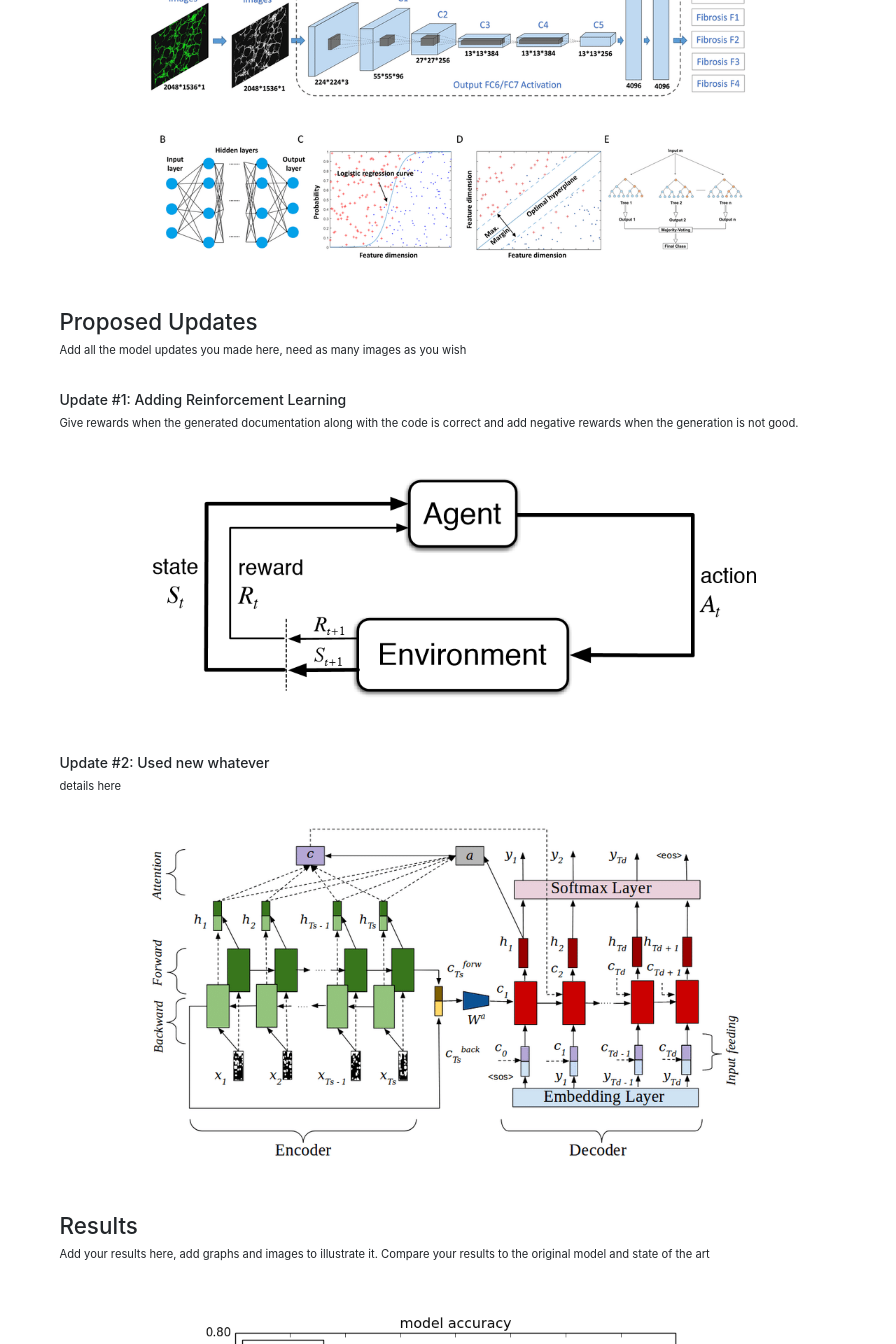
Repository: Shaalan-omar/ConcodePlus
Page: team-specific/index.html
The author's editor kept a copy of each file at every save. The page is drawn from the files as they stood at one save, then again after the next save.
The browser window is 1280 px wide. The pictures show the part of the page from y = 4580 to 6500 px (the page is 7710 px tall before and 7055 px after), at 70% of full size.

Above is the page before, as saved 2023-05-12 03:54:55.

After the next save:
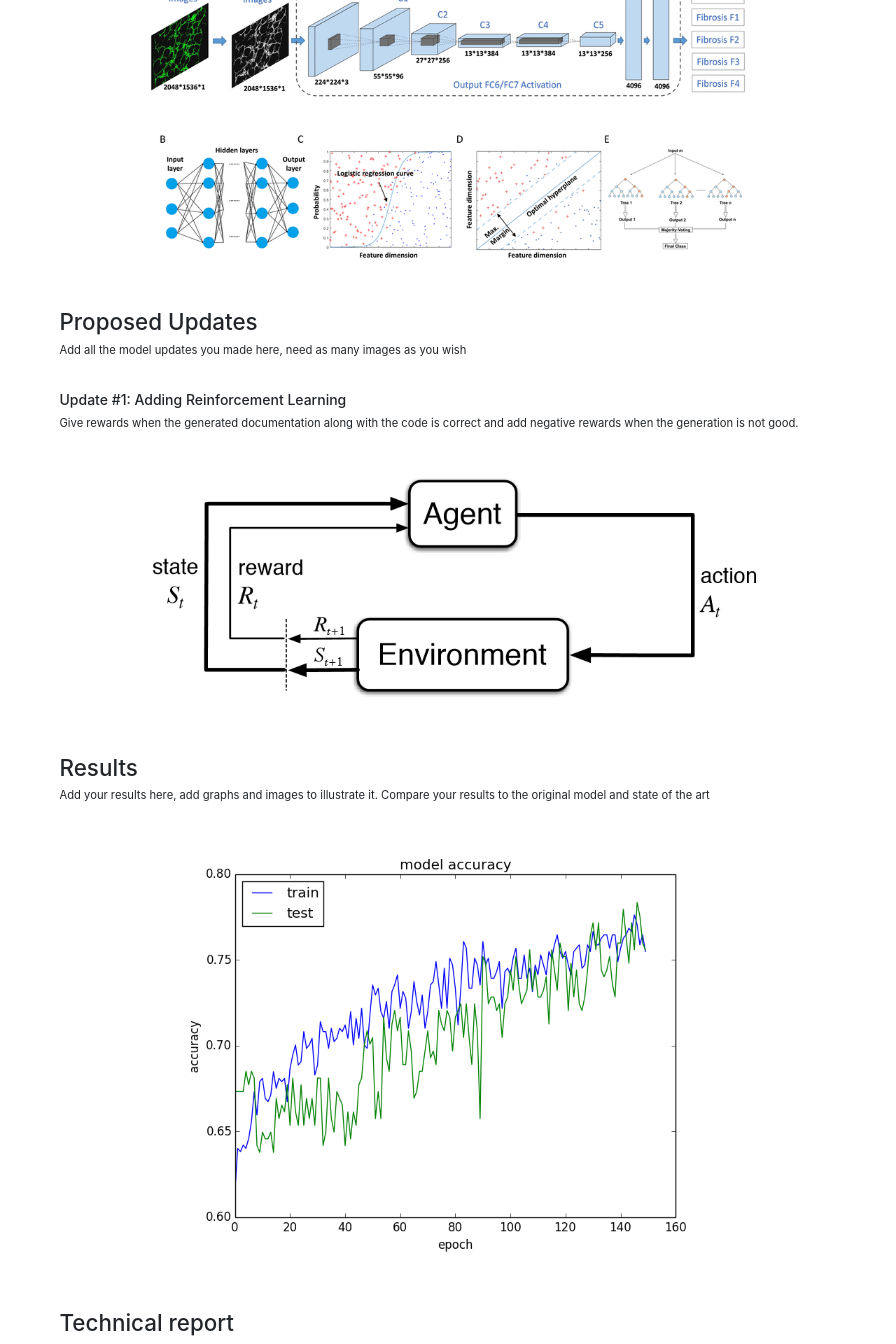
Saved 24 s later.
--- a/team-specific/index.html
+++ b/team-specific/index.html
@@ -186,16 +186,6 @@
       		<img src="resources/images/reinforcement.png" class="img-fluid text-center">
     	</div>
     	<br/> <!-- Empty Line after the image -->
-
-		<h5 class="mt-5">Update #2: Used new whatever</h5>
-		<p>
-			details here
-		</p>
-		<br/> <!-- Empty Line before the image -->
-	    <div class="img-container" align="center"> <!-- Block parent element -->
-      		<img src="resources/images/update2.png" class="img-fluid text-center">
-    	</div>
-    	<br/> <!-- Empty Line after the image -->
       </div>
     </div>
 
